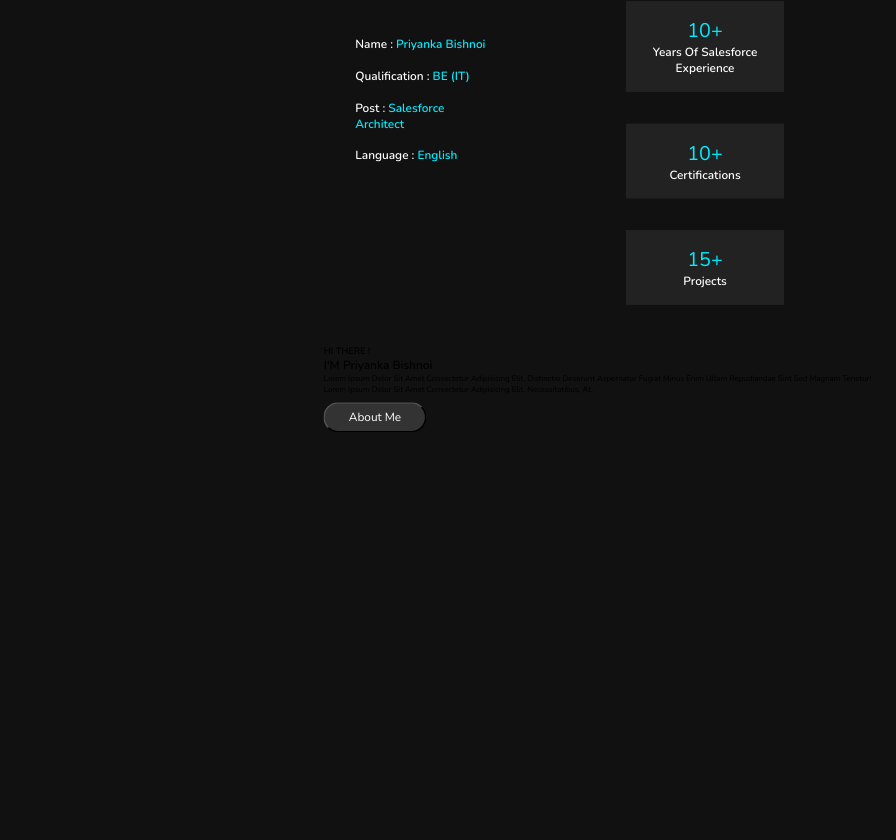
Repository: priyanka-bishnoi/PortfolioPage
Page: MyPage.html
An editor plug-in stored every save of this project. The page is shown before and after the next save, followed by the edit.
The browser window is 1280 px wide. The pictures show the part of the page from y = 1002 to 2922 px (the page is 2202 px tall before and 2922 px after), at 70% of full size.

Above is the page before, as saved 2022-10-08 23:23:09.

After the next save:
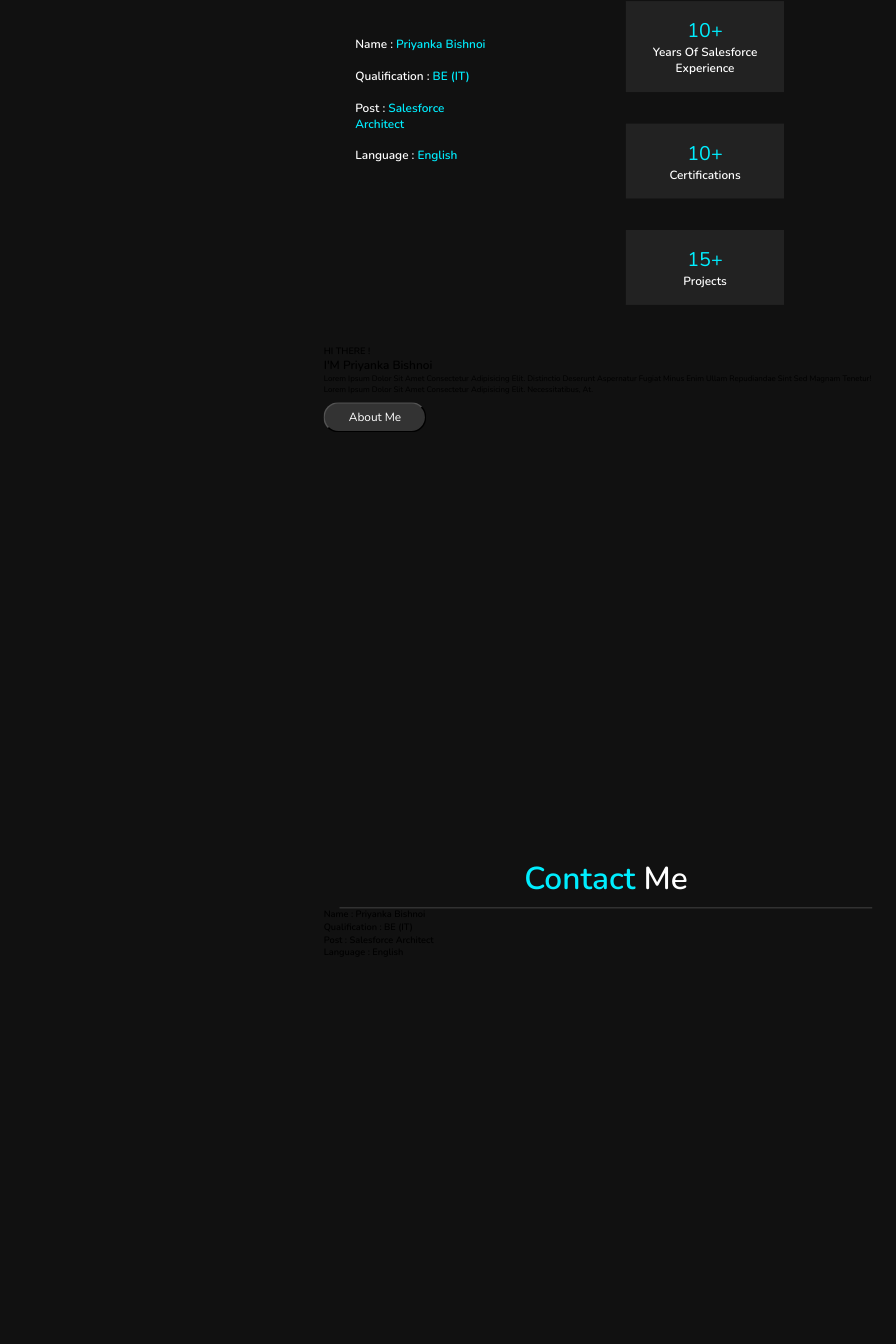
Saved 2 min 10 s later.
--- a/MyPage.html
+++ b/MyPage.html
@@ -90,6 +90,18 @@
 </section>
 
 
+<section class="contact" id="contact">
+    <h1 class="heading"> <span>Contact </span>Me</h1>
+
+    <div class="row">
+        <div class="info">
+            <h3>  name : <span> priyanka bishnoi </span></h3>
+            <h3> qualification :  <span> BE (IT) </span> </h3>
+            <h3>  post : <span>Salesforce Architect </span>  </h3>
+            <h3> language :<span> English  </span>  </h3>
+        </div>
+
+
 
 </body>
 </html>
